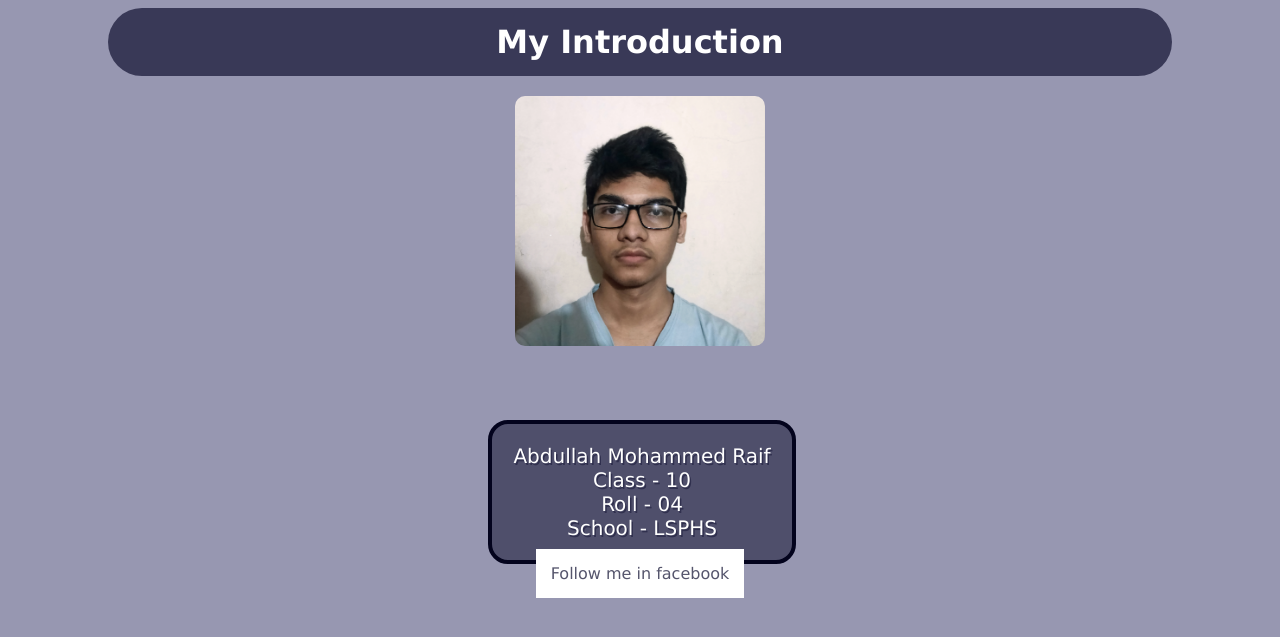
Repository: Raif-007/Portfolio
Page: index.html
The author's editor kept a copy of each file at every save. The page is drawn from the files as they stood at one save, then again after the next save.
The browser window is 1280 px wide. The pictures show the whole page.

Above is the page before, as saved 2021-07-05 17:30:47.

After the next save:
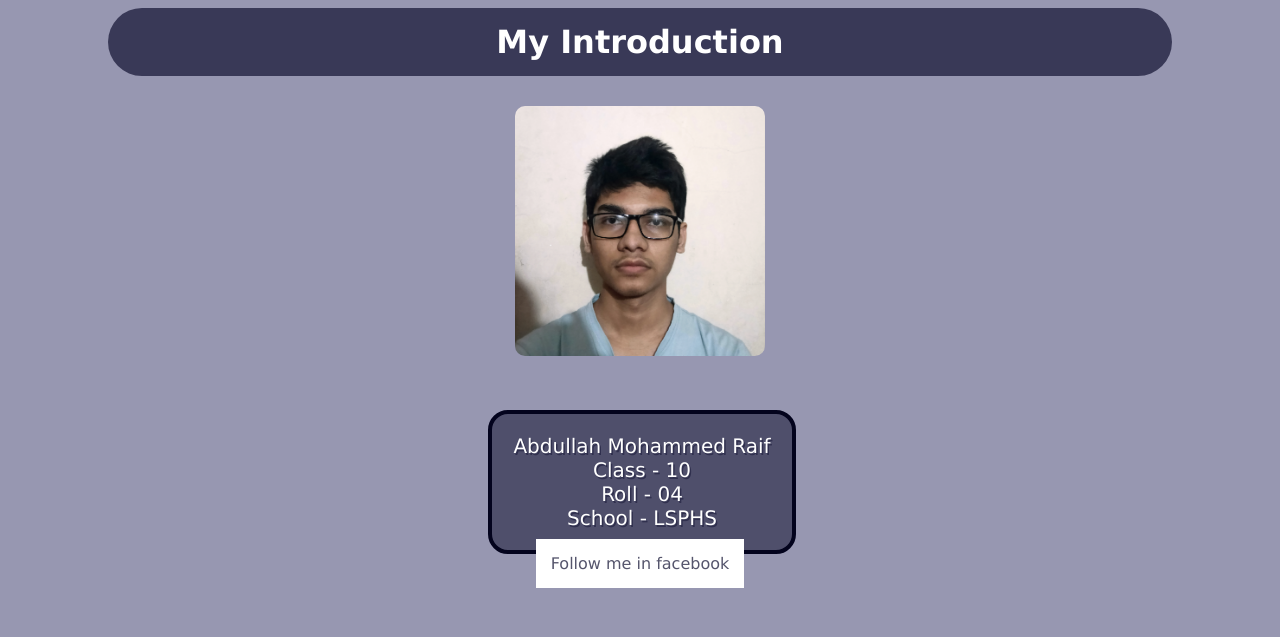
Saved 28 s later.
--- a/styles.css
+++ b/styles.css
@@ -26,7 +26,7 @@
             #i01 {
                 width: 250px;
                 height: 250px;
-                margin: 20px;
+                margin-top: 30px;
                 border-radius: 10px;
             }
 
@@ -35,7 +35,6 @@
                 color: rgba(25, 25, 56, 0.74);
                 text-decoration: none;
                 padding: 15px;
-                margin: 200px;
             }
 
             a:hover {}
